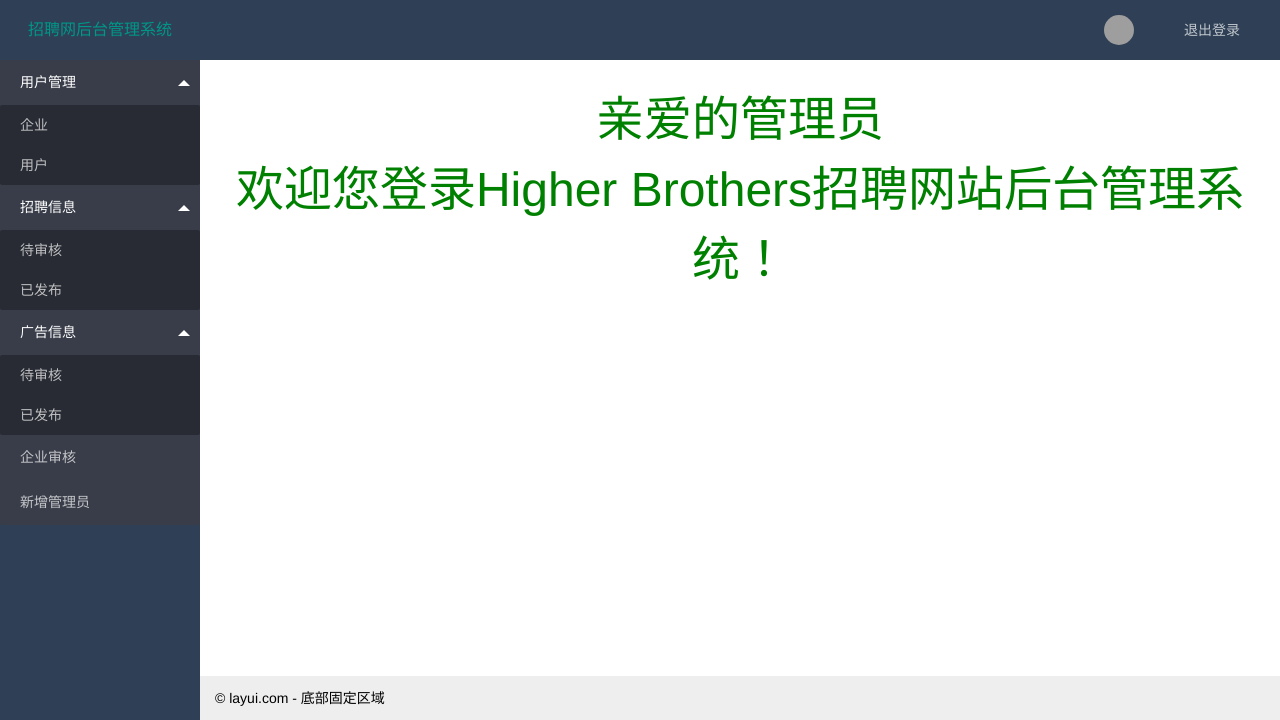
Repository: LongJinhe-coder/java-web-
Page: http://localhost/projectDemo7.30/adminhome.jsp
An editor plug-in stored every save of this project. The page is shown before and after the next save, followed by the edit.
The browser window is 1280 px wide. The pictures show the whole page.
Pictures or frames that could not be fetched are drawn as grey boxes. An inner scrolling area shows only its first screen. The page is served by Tomcat 9.

Above is the page before, as saved 2020-07-29 14:42:27.

After the next save:
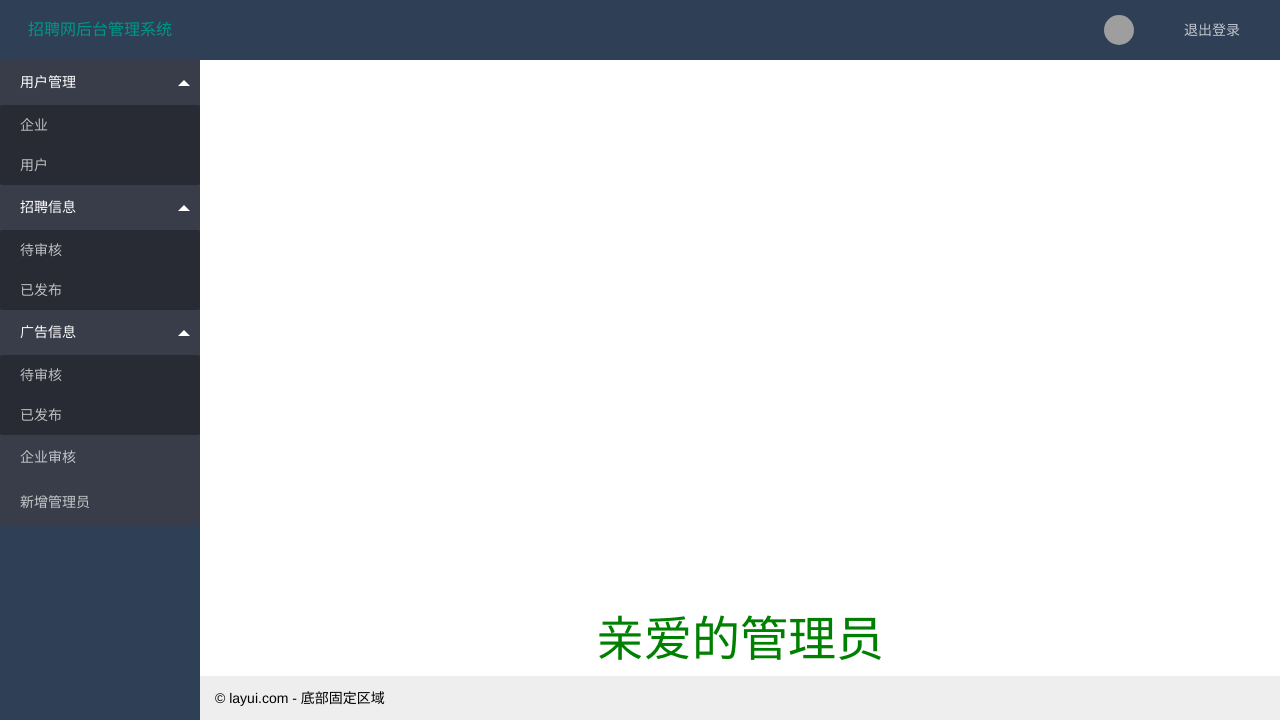
Saved 10 h 54 min later.
--- a/MyEclipse CI/projectDemo7.30/WebRoot/index.jsp
+++ b/MyEclipse CI/projectDemo7.30/WebRoot/index.jsp
@@ -18,7 +18,7 @@ String basePath = request.getScheme()+"://"+request.getServerName()+":"+request.
 
   <body>
 
-  <center><div><font size="30px" color="green">亲爱的管理员${adminname}</br>欢迎您登录Higher Brothers招聘网站后台管理系统！</font></div></center>
+  <center><div style="margin-top: 50%"><font size="30px" color="green">亲爱的管理员${adminname}</br>欢迎您登录Higher Brothers招聘网站后台管理系统！</font></div></center>
   </body>
 
 </html>
